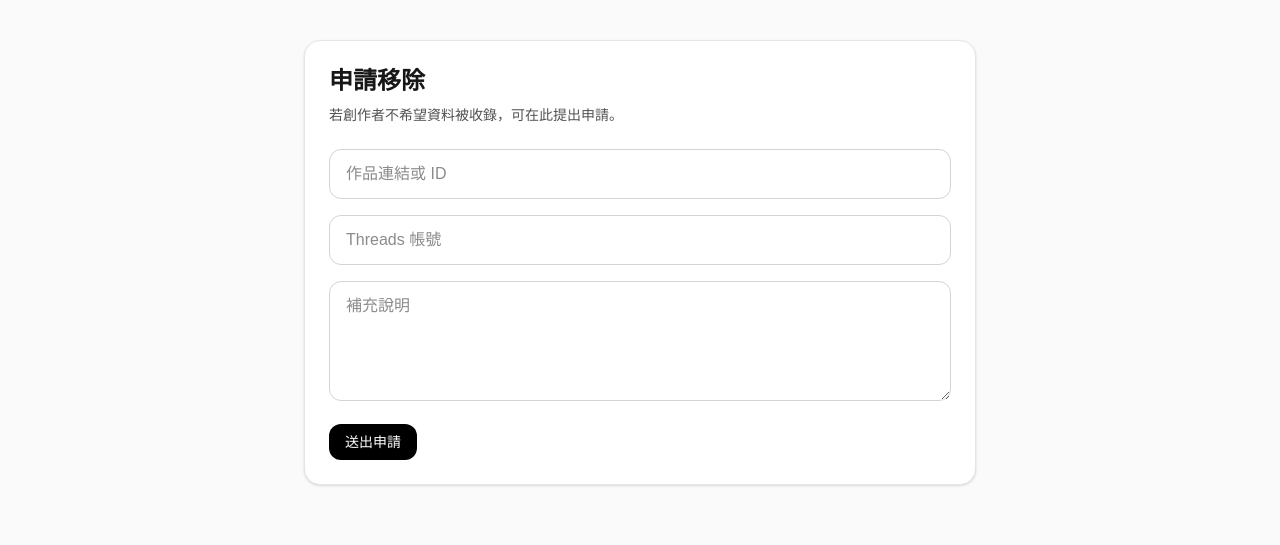
Repository: tzuhan2575/cheering-source-site
Page: /item/remove
An editor plug-in stored every save of this project. The page is shown before and after the next save, followed by the edit.
The browser window is 1280 px wide. The pictures show the whole page.
The project was rebuilt for these pictures with package versions that can differ from the ones it lists, and the page was loaded fresh each time. The framework's server and built-in components were replaced by stand-ins that run in the browser. Also part of the build but not shown: next.config.ts.

Above is the page before, as saved 2026-03-13 20:33:38.

After the next save:
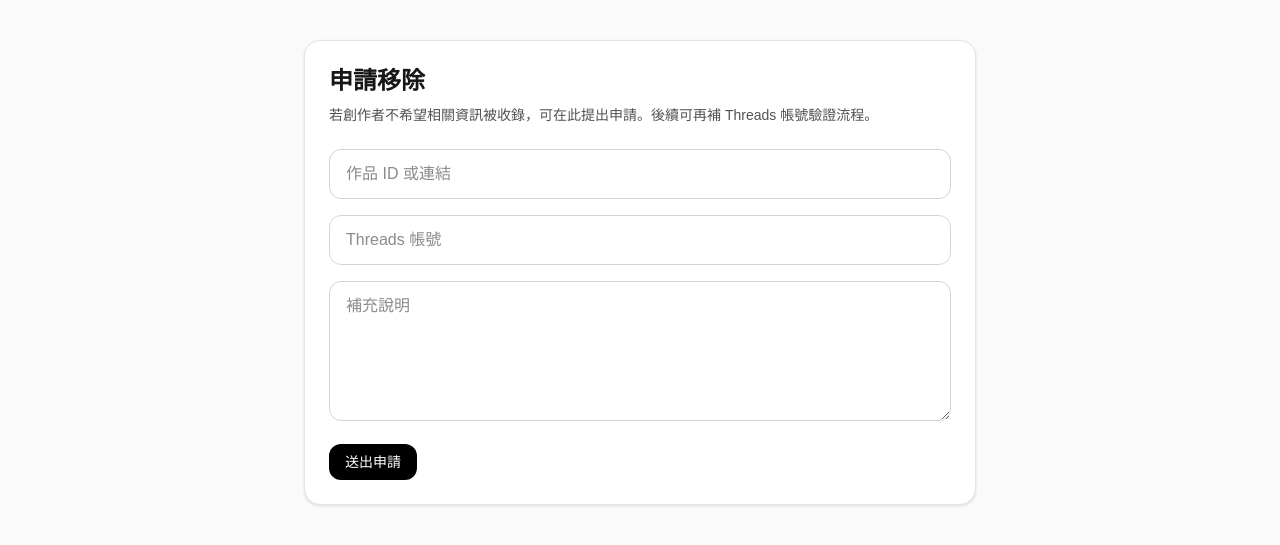
Saved 12 s later.
--- a/app/item/remove/page.tsx
+++ b/app/item/remove/page.tsx
@@ -4,13 +4,14 @@ export default function RemovePage() {
       <div className="mx-auto max-w-2xl rounded-2xl border border-neutral-200 bg-white p-6 shadow-sm">
         <h1 className="text-2xl font-bold text-neutral-900">申請移除</h1>
         <p className="mt-2 text-sm text-neutral-600">
-          若創作者不希望資料被收錄，可在此提出申請。
+          若創作者不希望相關資訊被收錄，可在此提出申請。後續可再補 Threads
+          帳號驗證流程。
         </p>
 
         <div className="mt-6 space-y-4">
           <input
             type="text"
-            placeholder="作品連結或 ID"
+            placeholder="作品 ID 或連結"
             className="w-full rounded-xl border border-neutral-300 px-4 py-3"
           />
           <input
@@ -20,7 +21,7 @@ export default function RemovePage() {
           />
           <textarea
             placeholder="補充說明"
-            className="min-h-[120px] w-full rounded-xl border border-neutral-300 px-4 py-3"
+            className="min-h-[140px] w-full rounded-xl border border-neutral-300 px-4 py-3"
           />
           <button className="rounded-xl bg-black px-4 py-2 text-sm text-white">
             送出申請
